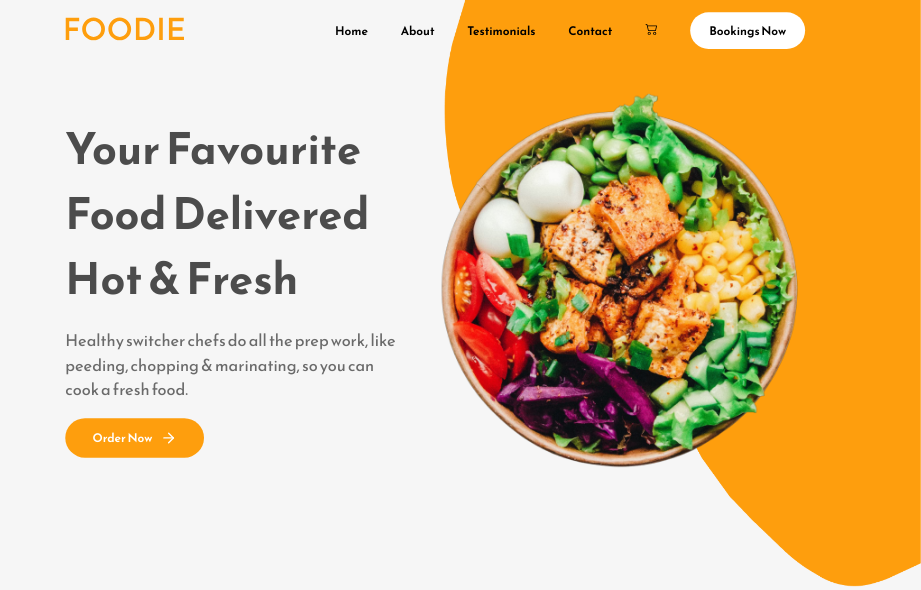
Repository: Abdo-Hosni123/graduation_project
Page: /
An editor plug-in stored every save of this project. The page is shown before and after the next save, followed by the edit.
The browser window is 1280 px wide. The page is 1354 px wide, so the pictures cover 1354 px, including what lies to the right of the window. The pictures show the whole page, at 68% of full size.
The project was rebuilt for these pictures with package versions that can differ from the ones it lists, and the page was loaded fresh each time. Imported but missing from the stored project, and not drawn on this page: src/Components/Work.

Above is the page before, as saved 2023-11-25 21:35:40.

### public/index.html
<!DOCTYPE html>
<html lang="en">
  <head>
    <meta charset="utf-8" />
    <link rel="icon" href="%PUBLIC_URL%/favicon.ico" />
    <meta name="viewport" content="width=device-width, initial-scale=1" />
    <meta name="theme-color" content="#000000" />
    <meta
      name="description"
      content="Web site created using create-react-app"
    />
    <link rel="apple-touch-icon" href="%PUBLIC_URL%/logo192.png" />

    <link rel="manifest" href="%PUBLIC_URL%/manifest.json" />
    <link rel="preconnect" href="https://fonts.googleapis.com" />
    <link rel="preconnect" href="https://fonts.gstatic.com" crossorigin />
    <link
      href="https://fonts.googleapis.com/css2?family=Reem+Kufi:wght@400;500;600;700&display=swap"
      rel="stylesheet"
    />

    <title>React App</title>
  </head>
  <body>
    <noscript>You need to enable JavaScript to run this app.</noscript>
    <div id="root"></div>
  </body>
</html>

### src/App.js
import './App.css';
import Home from './Components/Home';
import About from './Components/About';

import Testmonial from './Components/Testmonial';
import Work from './Components/Work';
import Footer from './Components/Footer';
import Contact from './Components/Contact';


function App() {
  return (
    <div className="App">
      <Home/>
      <About/>
      <Testmonial/>
      <Footer/>
      <Contact/>
    </div>
  );
}

export default App;

### src/Components/Home.js
import React from "react";
import BannerBackground from "../Assets/home-banner-background.png";
import BannerImage from "../Assets/home-banner-image.png";
import Navbar from "./Navbar";
import { FiArrowRight } from "react-icons/fi";

const Home = () => {
  return (
    <div className="home-container">
      <Navbar />
      <div className="home-banner-container">
        <div className="home-bannerImage-container">
          <img src={BannerBackground} alt="" />
        </div>
        <div className="home-text-section">
          <h1 className="primary-heading">
            Your Favourite Food Delivered Hot & Fresh
          </h1>
          <p className="primary-text">
            Healthy switcher chefs do all the prep work, like peeding, chopping
            & marinating, so you can cook a fresh food.
          </p>
          <button className="secondary-button">
            Order Now <FiArrowRight />{" "}
          </button>
        </div>
        <div className="home-image-section">
          <img src={BannerImage} alt="" />
        </div>
      </div>
    </div>
  );
};

export default Home;

### src/Components/About.js
import React from 'react'

const About = () => {
  return (
    <div></div>
  )
}
export default About

### src/Components/Testmonial.js
import React from 'react'

const Testmonial = () => {
  return (
    <div></div>
  )
}

export default Testmonial

### src/Components/Contact.js
import React from 'react'

const Contact = () => {
  return (
    <div></div>
  )
}

export default Contact;

### src/Components/Navbar.js
/* eslint-disable jsx-a11y/anchor-is-valid */
import React, { useState } from "react";
import Logo from "../Assets/Logo.svg";
import { BsCart2 } from "react-icons/bs";
import { HiOutlineBars3 } from "react-icons/hi2";
import Box from "@mui/material/Box";
import Drawer from "@mui/material/Drawer";
import List from "@mui/material/List";
import Divider from "@mui/material/Divider";
import ListItem from "@mui/material/ListItem";
import ListItemButton from "@mui/material/ListItemButton";
import ListItemIcon from "@mui/material/ListItemIcon";
import ListItemText from "@mui/material/ListItemText";
import HomeIcon from "@mui/icons-material/Home";
import InfoIcon from "@mui/icons-material/Info";
import CommentRoundedIcon from "@mui/icons-material/CommentRounded";
import PhoneRoundedIcon from "@mui/icons-material/PhoneRounded";
import ShoppingCartRoundedIcon from "@mui/icons-material/ShoppingCartRounded";

const Navbar = () => {
  const [openMenu, setOpenMenu] = useState(false);
  const menuOptions = [
    {
      text: "Home",
      icon: <HomeIcon />,
    },
    {
      text: "About",
      icon: <InfoIcon />,
    },
    {
      text: "Testimonials",
      icon: <CommentRoundedIcon />,
    },
    {
      text: "Contact",
      icon: <PhoneRoundedIcon />,
    },
    {
      text: "Cart",
      icon: <ShoppingCartRoundedIcon />,
    },
  ];
  return (
    <nav>
      <div className="nav-logo-container">
        <img src={Logo} alt="" />
      </div>
      <div className="navbar-links-container">
        <a href="">Home</a>
        <a href="">About</a>
        <a href="">Testimonials</a>
        <a href="">Contact</a>
        <a href="">
          <BsCart2 className="navbar-cart-icon" />
        </a>
        <button className="primary-button">Bookings Now</button>
      </div>
      <div className="navbar-menu-container">
        <HiOutlineBars3 onClick={() => setOpenMenu(true)} />
      </div>
      <Drawer open={openMenu} onClose={() => setOpenMenu(false)} anchor="right">
        <Box
          sx={{ width: 250 }}
          role="presentation"
          onClick={() => setOpenMenu(false)}
          onKeyDown={() => setOpenMenu(false)}
        >
          <List>
            {menuOptions.map((item) => (
              <ListItem key={item.text} disablePadding>
                <ListItemButton>
                  <ListItemIcon>{item.icon}</ListItemIcon>
                  <ListItemText primary={item.text} />
                </ListItemButton>
              </ListItem>
            ))}
          </List>
          <Divider />
        </Box>
      </Drawer>
    </nav>
  );
};

export default Navbar;

Loaded but not shown: src/index.js (common file); src/App.css (common file); src/Components/Footer.js (common file)

After the next save:
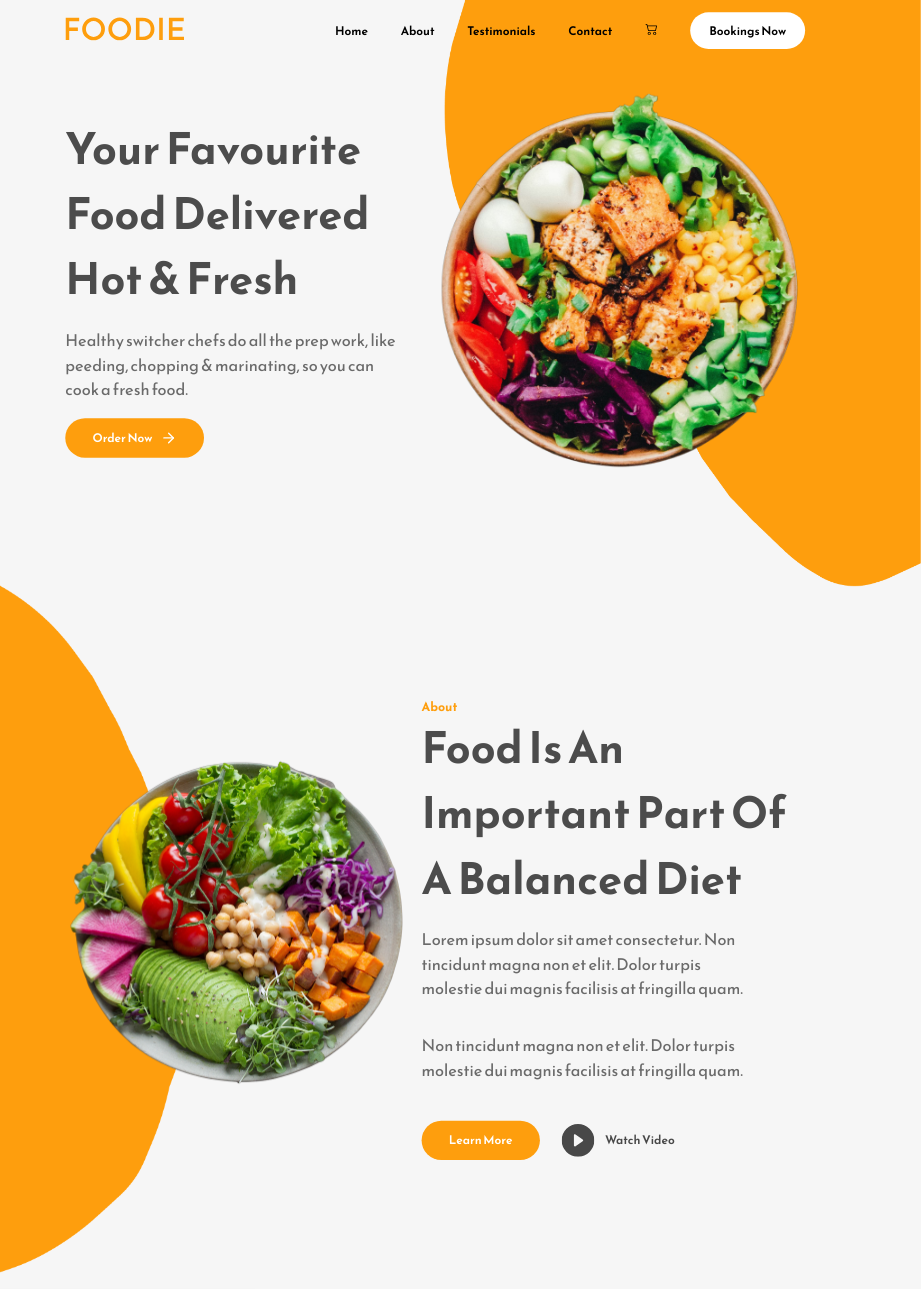
Saved 4 min 42 s later.
--- a/src/Components/About.js
+++ b/src/Components/About.js
@@ -1,8 +1,39 @@
-import React from 'react'
+import React from "react";
+import AboutBackground from "../Assets/about-background.png";
+import AboutBackgroundImage from "../Assets/about-background-image.png";
+import { BsFillPlayCircleFill } from "react-icons/bs";
 
 const About = () => {
   return (
-    <div></div>
-  )
-}
-export default About
+    <div className="about-section-container">
+      <div className="about-background-image-container">
+        <img src={AboutBackground} alt="" />
+      </div>
+      <div className="about-section-image-container">
+        <img src={AboutBackgroundImage} alt="" />
+      </div>
+      <div className="about-section-text-container">
+        <p className="primary-subheading">About</p>
+        <h1 className="primary-heading">
+          Food Is An Important Part Of A Balanced Diet
+        </h1>
+        <p className="primary-text">
+          Lorem ipsum dolor sit amet consectetur. Non tincidunt magna non et
+          elit. Dolor turpis molestie dui magnis facilisis at fringilla quam.
+        </p>
+        <p className="primary-text">
+          Non tincidunt magna non et elit. Dolor turpis molestie dui magnis
+          facilisis at fringilla quam.
+        </p>
+        <div className="about-buttons-container">
+          <button className="secondary-button">Learn More</button>
+          <button className="watch-video-button">
+            <BsFillPlayCircleFill /> Watch Video
+          </button>
+        </div>
+      </div>
+    </div>
+  );
+};
+
+export default About;
